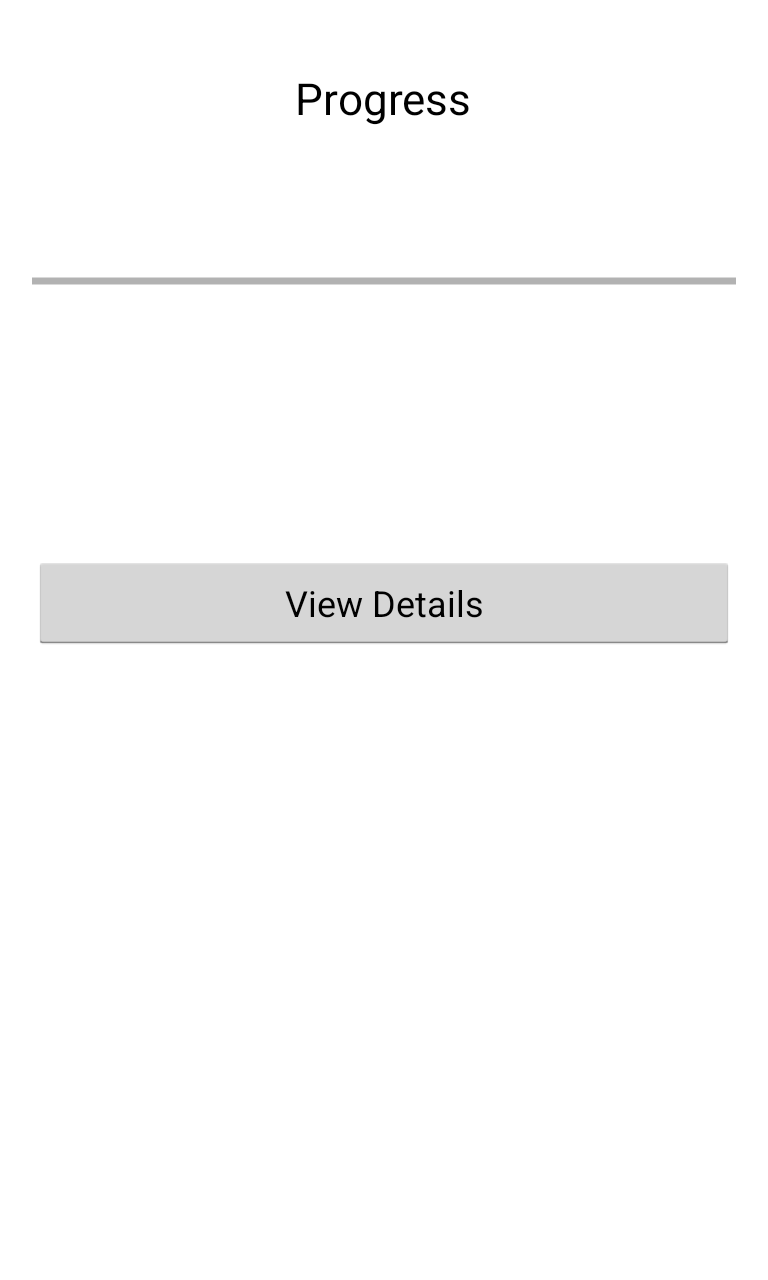
Repository: zi-yang-zhang/ECSE424-Group8
Layout: Hi Fi Prototype/ReHand/ReHand/res/layout/activity_progress_page.xml
The author's editor kept a copy of each file at every save. The layout is drawn from the files as they stood at one save, then again after the next save.
It is drawn on a 768 x 1280 px phone screen (xhdpi) without system bars, with theme AppTheme; the app's code is not run.

Above is the layout before, as saved 2014-02-20 03:25:14.

### Hi Fi Prototype/ReHand/ReHand/res/layout/activity_progress_page.xml
<RelativeLayout xmlns:android="http://schemas.android.com/apk/res/android"
    xmlns:tools="http://schemas.android.com/tools"
    android:layout_width="match_parent"
    android:layout_height="match_parent"
    android:paddingBottom="@dimen/activity_vertical_margin"
    android:paddingLeft="@dimen/activity_horizontal_margin"
    android:paddingRight="@dimen/activity_horizontal_margin"
    android:paddingTop="@dimen/activity_vertical_margin"
    tools:context=".HomePage" >

    <TextView
        android:id="@+id/ArmRotationProgress"
        android:layout_width="wrap_content"
        android:layout_height="wrap_content"
        android:layout_alignParentTop="true"
        android:layout_centerHorizontal="true"
        android:layout_marginTop="18dp"
        android:text="@string/progress_text_title"
        android:textAppearance="?android:attr/textAppearanceLarge" />

    <Button
        android:id="@+id/button1"
        android:layout_width="wrap_content"
        android:layout_height="wrap_content"
        android:layout_alignParentLeft="true"
        android:layout_alignParentRight="true"
        android:layout_below="@+id/progressBar1"
        android:layout_marginTop="112dp"
        android:text="@string/progress_text_view_details"
        android:onClick="goToDetailsPage" />

    <ProgressBar
        android:id="@+id/progressBar1"
        style="?android:attr/progressBarStyleHorizontal"
        android:layout_width="wrap_content"
        android:layout_height="50dp"
        android:layout_alignLeft="@+id/button1"
        android:layout_alignRight="@+id/button1"
        android:layout_below="@+id/ArmRotationProgress"
        android:layout_marginTop="52dp"
        android:max="100" />

</RelativeLayout>

### Hi Fi Prototype/ReHand/ReHand/res/values/strings.xml
<?xml version="1.0" encoding="utf-8"?>
<resources>

    <string name="app_name">ReHand</string>
    <string name="action_settings">Settings</string>
    <string name="hello_world">Hello world!</string>
    <string name="greeting_words">Welcome To ReHand</string>
    <string name="touch_screen_instructions">Tap on either button to continue</string>
    <string name="sign_up">Sign Up now!</string>
    <string name="log_in">Log In!</string>
    <string name="title_activity_home_page">HomePage</string>
    <string name="greeting_home_page">Welcome Back!</string>
    <string name="exercises">Exercises</string>
    <string name="schedule">Schedule</string>
    <string name="title_activity_exercise_list_page">ExerciseListPage</string>
    <string name="title_activity_schedule_page">SchedulePage</string>
    <string name="exercise_botton_text_claw_stretch">Claw Stretch</string>
    <string name="title_activity_claw_stretch_page">ClawStretchPage</string>
    <string name="exercise_level_text">"Level: "</string>
    <string name="claw_stretch_level">I</string>
    <string name="exercise_botton_schedule">Schedule</string>
    <string name="exercise_tutorial_check_box">Show Tutorial?</string>
    <string name="exercise_start_botton_text">Start!</string>
    <string name="title_activity_claw_stretch_exercise">ClawStretchExercise</string>
    <string name="test_end_game">End Game</string>
    <string name="title_activity_claw_stretch_tutorial_page">ClawStretchTutorialPage</string>
    <string name="title_activity_claw_stretch_result">ClawStretchResult</string>
    <string name="exercise_text_arm_rotation">Arm Rotation</string>
    <string name="excercise_text_elbow_extension">Elbow Extension</string>
    <string name="arm_rotation_level">I</string>
    <string name="elbow_extension_level">I</string>
    <string name="exercise_text_finger_grip">Finger Grip</string>
    <string name="finger_grip_level">I</string>
    <string name="exercise_text_open_and_close">Open And Close</string>
    <string name="open_and_close_level">I</string>
    <string name="exercise_text_finger_lift">Finger Lift</string>
    <string name="finger_lift_level">I</string>
    <string name="exercise_text_radial_deviation">Radial Deviation</string>
    <string name="wrist_flex_level">I</string>
    <string name="exercise_text_wrist_flex">Wrist Flex</string>
    <string name="exercise_text_thumb_stretch">Thumb Stretch</string>
    <string name="thumb_stretch_level">I</string>
    <string name="radial_deviation_level">I</string>
    <string name="tutorial_text">tutorial</string>
    <string name="exercise_text_elbow_extension">Elbow Extension</string>
    <string name="title_activity_arm_rotation_exercise">ArmRotationExercise</string>
    <string name="title_activity_arm_rotation_page">ArmRotationPage</string>
    <string name="title_activity_arm_rotation_result">ArmRotationResult</string>
    <string name="title_activity_arm_rotation_tutorial_page">ArmRotationTutorialPage</string>
    <string name="title_activity_elbow_extension_exercise">ElbowExtensionExercise</string>
    <string name="title_activity_elbow_extension_page">ElbowExtensionPage</string>
    <string name="title_activity_elbow_extension_result">ElbowExtensionResult</string>
    <string name="title_activity_elbow_extension_tutorial_page">ElbowExtensionTutorialPage</string>
    <string name="title_activity_finger_grip_exercise">FingerGripExercise</string>
    <string name="title_activity_finger_grip_page">FingerGripPage</string>
    <string name="title_activity_finger_grip_result">FingerGripResult</string>
    <string name="title_activity_finger_grip_tutorial_page">FingerGripTutorialPage</string>
    <string name="title_activity_finger_lift_exercise">FingerLiftExercise</string>
    <string name="title_activity_finger_lift_page">FingerLiftPage</string>
    <string name="title_activity_finger_lift_result">FingerLiftResult</string>
    <string name="title_activity_finger_lift_tutorial_page">FingerLiftTutorialPage</string>
    <string name="title_activity_open_and_close_exercise">OpenAndCloseExercise</string>
    <string name="title_activity_open_and_close_page">OpenAndClosePage</string>
    <string name="title_activity_open_and_close_result">OpenAndCloseResult</string>
    <string name="title_activity_open_and_close_tutorial_page">OpenAndCloseTutorialPage</string>
    <string name="title_activity_radial_deviation_exercise">RadialDeviationExercise</string>
    <string name="title_activity_radial_deviation_page">RadialDeviationPage</string>
    <string name="title_activity_radial_deviation_result">RadialDeviationResult</string>
    <string name="title_activity_radial_deviation_tutorial_page">RadialDeviationTutorialPage</string>
    <string name="title_activity_thumb_stretch_exercise">ThumbStretchExercise</string>
    <string name="title_activity_thumb_stretch_page">ThumbStretchPage</string>
    <string name="title_activity_thumb_stretch_result">ThumbStretchResult</string>
    <string name="title_activity_thumb_stretch_tutorial_page">ThumbStretchTutorialPage</string>
    <string name="title_activity_wrist_flex_exercise">WristFlexExercise</string>
    <string name="title_activity_wrist_flex_page">WristFlexPage</string>
    <string name="title_activity_wrist_flex_result">WristFlexResult</string>
    <string name="title_activity_wrist_flex_tutorial_page">WristFlexTutorialPage</string>
    <string name="result_text_this_time">This Time:</string>
    <string name="result_text_personal_best">Personal Best:</string>
    <string name="result_exercises_button_text">Exercises</string>
    <string name="progress">Progress</string>
    <string name="progress_text_title">Progress</string>
    <string name="progress_text_view_details">View Details</string>
    <string name="title_activity_progress_page">ProgressPage</string>
    <string name="title_activity_details_page">DetailsPage</string>
    <string name="progress_arm_rotation">Not Done</string>
    <string name="progress_claw_stretch">Not Done</string>
    <string name="progress_elbow_extension">Not Done</string>
    <string name="progress_finger_grip">Not Done</string>
    <string name="progress_finger_lift">Not Done</string>
    <string name="progress_open_and_close">Not Done</string>
    <string name="progress_radial_deviation">Not Done</string>
    <string name="progress_thumb_stretch">Not Done</string>
    <string name="progress_wrist_flex">Not Done</string>
    <string name="zero_percent">0%</string>

</resources>

Loaded but not shown: Hi Fi Prototype/ReHand/ReHand/res/values/styles.xml (common file); Hi Fi Prototype/ReHand/ReHand/res/values-v11/styles.xml (common file); Hi Fi Prototype/ReHand/ReHand/res/values-v14/styles.xml (common file); Hi Fi Prototype/ReHand/ReHand/res/values/dimens.xml (common file)

After the next save:
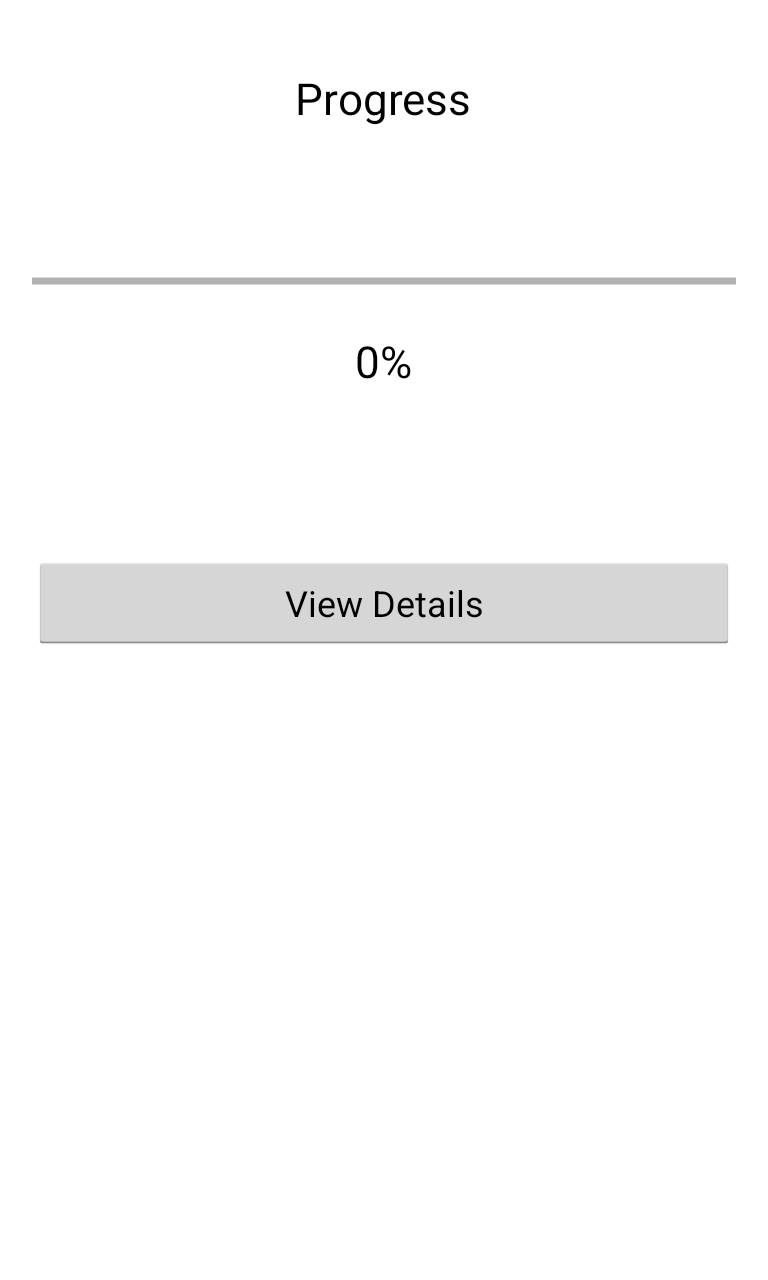
Saved 5 s later.
--- a/Hi Fi Prototype/ReHand/ReHand/res/layout/activity_progress_page.xml
+++ b/Hi Fi Prototype/ReHand/ReHand/res/layout/activity_progress_page.xml
@@ -40,4 +40,13 @@
         android:layout_marginTop="52dp"
         android:max="100" />
 
+    <TextView
+        android:id="@+id/textView1"
+        android:layout_width="wrap_content"
+        android:layout_height="wrap_content"
+        android:layout_below="@+id/progressBar1"
+        android:layout_centerHorizontal="true"
+        android:text="@string/zero_percent"
+        android:textAppearance="?android:attr/textAppearanceLarge" />
+
 </RelativeLayout>
